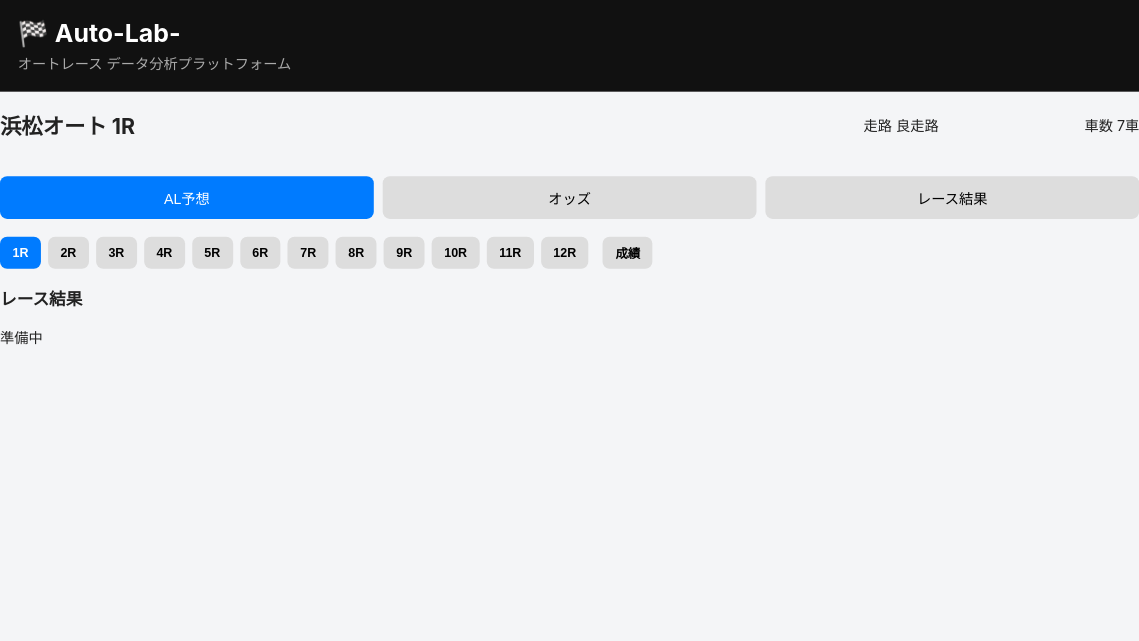
Repository: autorace-lab/Auto-Lab--main
Page: race.html
The author's editor kept a copy of each file at every save. The page is drawn from the files as they stood at one save, then again after the next save.
The browser window is 1280 px wide. The pictures show the whole page, at 89% of full size.

Above is the page before, as saved 2026-08-05 16:23:51.

After the next save:
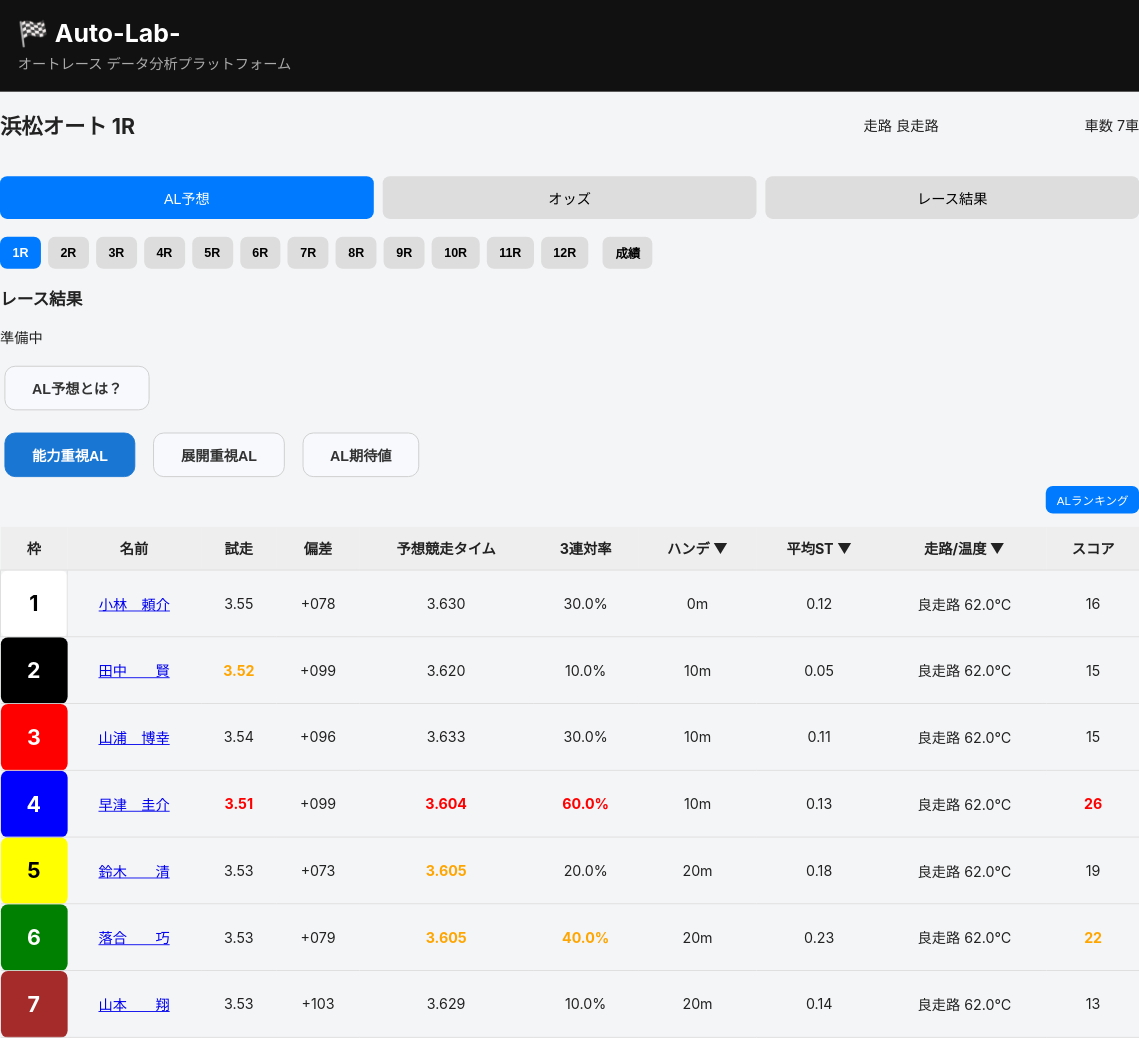
Saved 7 min 7 s later.
--- a/race.html
+++ b/race.html
@@ -137,7 +137,7 @@
   <p>ここにオッズを表示します。</p>
 </div>
 
-<div id="al" class="tab-content" style="display:none;">
+<div id="al" class="tab-content" style="display:block;">
 
    <div class="al-tabs">
 
